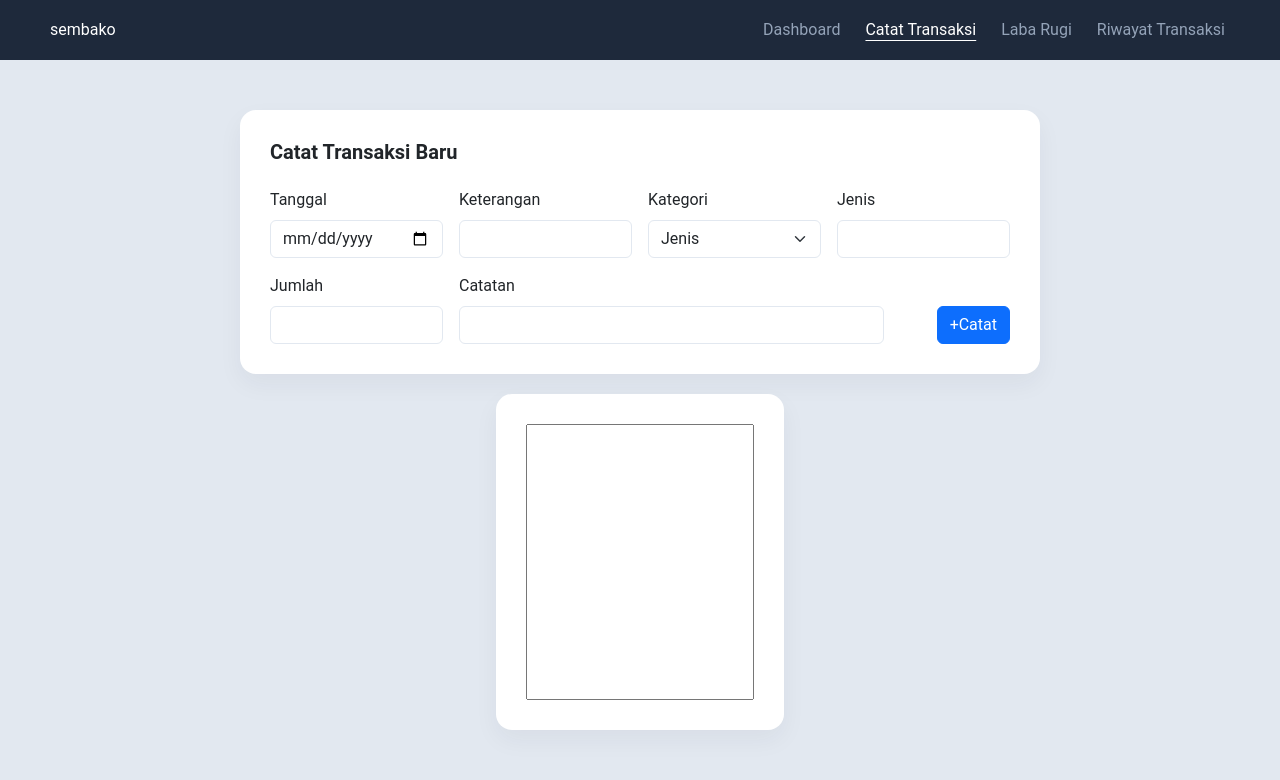
Repository: musdalifahzahra/Projek-Akhir-PWD-2026
Page: http://localhost/3-catat-transaksi.php
The author's editor kept a copy of each file at every save. The page is drawn from the files as they stood at one save, then again after the next save.
The browser window is 1280 px wide. The pictures show the whole page.
The page is run by PHP 8.4 with error messages shown; the project is at /var/www/html/.

Above is the page before, as saved 2026-04-10 17:46:10.

### 3-catat-transaksi.php
<!DOCTYPE html>
<html lang="en">

<head>
    <meta charset="UTF-8">
    <meta name="viewport" content="width=device-width, initial-scale=1.0">
    <title>Catat Transaksi</title>
    <link rel="stylesheet" href="https://cdn.jsdelivr.net/npm/bootstrap@5.3.8/dist/css/bootstrap.min.css">
    <link rel="stylesheet" href="template-css.css">
    <link rel="stylesheet" href="3-catat-transaksi-css.css">
</head>

<body>
    <nav>
        <div class="profile">
            <span>sembako</span>
        </div>
        <div class="nav_list">
            <ul>
                <li><a href="2-dashboard.php">Dashboard</a></li>
                <li><a href="3-catat-transaksi.php" class="nav-active">Catat Transaksi</a></li>
                <li><a href="4-laba-rugi.php">Laba Rugi</a></li>
                <li><a href="5-laporan.php">Riwayat Transaksi</a></li>
            </ul>
        </div>
    </nav>

    <div class="wrap">
        <!-- input transaksi -->
        <div class="input-transaksi template">
            <form class="row g-3">
                <h5>Catat Transaksi Baru</h5><br>
                <!-- tanggal -->
                <div class="col-md-3">
                    <label for="tanggal" class="form-label">Tanggal</label>
                    <input type="date" class="form-control" id="tanggal">
                </div>
                <!-- keterangan -->
                <div class="col-md-3">
                    <label for="keterangan" class="form-label">Keterangan</label>
                    <input type="text" class="form-control" id="keterangan">
                </div>
                <!-- kategori -->
                <div class="col-md-3">
                    <label for="inputZip" class="form-label">Kategori</label>
                    <select class="form-select" id="kategori" aria-label="Default select example">
                        <option selected>Jenis</option>
                        <option value="Pemasukan">Pemasukan</option>
                        <option value="Pengeluaran">Pengeluaran</option>
                    </select>
                </div>
                <!-- jenis -->
                <div class="col-md-3">
                    <label for="jenis" class="form-label">Jenis</label>
                    <input type="text" class="form-control" id="jenis">
                </div>
                <!-- jumlah-->
                <div class="col-md-3">
                    <label for="jumlah" class="form-label">Jumlah</label>
                    <input type="number" class="form-control" id="jumlah">
                </div>
                <!-- catatan -->
                <div class="col-md-7">
                    <label for="catatan" class="form-label">Catatan</label>
                    <input type="text" class="form-control" id="catatan">
                </div>
                <!-- submit +catat -->
                <div class="col-md-2 d-flex align-items-end justify-content-end">
                    <button type="submit" class="btn btn-primary" id="catat"> +Catat  </button>
                </div>
            </form>
        </div>

        <!-- transaksi terbaru -->
        <div class="transaksi-terbaru template">
            <input type="text">
        </div>
    </div>
</body>

</html>

### template-css.css
:root {
  --color-nav: #1e293b;
  --color-bag-web: #e2e8f0;
  --color-card: #ffffff;
  --color-belum-dipencet: #94a3b8;
  --color-kurson: #cbd5e1;
  --color-tulisan-utama: #334155;
  --color-pemasukan: #10b981;
  --color-pengeluaran: #ef4444;
  --color-border: #e2e8f0;
  --color-border-card: #cbd5e1;
}

body {
  font-family: "Roboto", sans-serif;
}

nav {
  background-color: var(--color-nav);
  height: 60px;
  display: flex;
  align-items: center;
  justify-content: space-between;
  padding: 0px 50px;
  z-index: 1;
}

nav span {
  color: var(--color-card);
}

nav ul {
  padding: 0px;
  margin: 0px;
  display: flex;
  gap: 20px;
}
nav li {
  margin-right: 5px;
  display: inline;
  font-style: none;
}

nav a {
  color: var(--color-belum-dipencet);
  text-decoration: none;
}

.nav-active {
  color: var(--color-card);
  text-decoration: underline;
  text-underline-offset: 5px;
}

nav a:hover {
  color: var(--color-kurson);
}
body {
  background-color: var(--color-bag-web);
}

### 3-catat-transaksi-css.css
.wrap {
  display: flex;
  flex-direction: column;
  z-index: 2;
  width: 100%;
  min-height: 100vh;
  background-color: var(--color-bag-web);
  padding: 50px 20px;
  gap: 20px;
  justify-content: center;
  align-items: center;
}

h5 {
  font-weight: bold;
}
.template {
  /* padding: 20px;
  background-color: var(--color-card);
  border-radius: 13px;
  max-width: 800px;
  border: 1.2px solid var(--color-border-card); */
  max-width: 800px;
    border: 1.2px solid var(--color-border-card);
background-color: var(--color-card);
  border: none; /* Hilangkan border hitam tipis */
  border-radius: 16px; /* Lebih tumpul lebih modern */
  box-shadow: 0 10px 25px rgba(30, 41, 59, 0.05); /* Bayangan biru navy tipis */
  padding: 30px !important; /* Beri ruang nafas lebih
}

.input-transaksi {
  display: flex;

  /* padding: 20px; */
}

.transaksi-terbaru {
  display: flex;
  flex: 1;
  /* padding: 20px; */
}
form .catat {
  margin: 0px;
  padding: 0px;
}

.form-control,
.form-select {
  border: 1px solid var(--color-border);
}

After the next save:
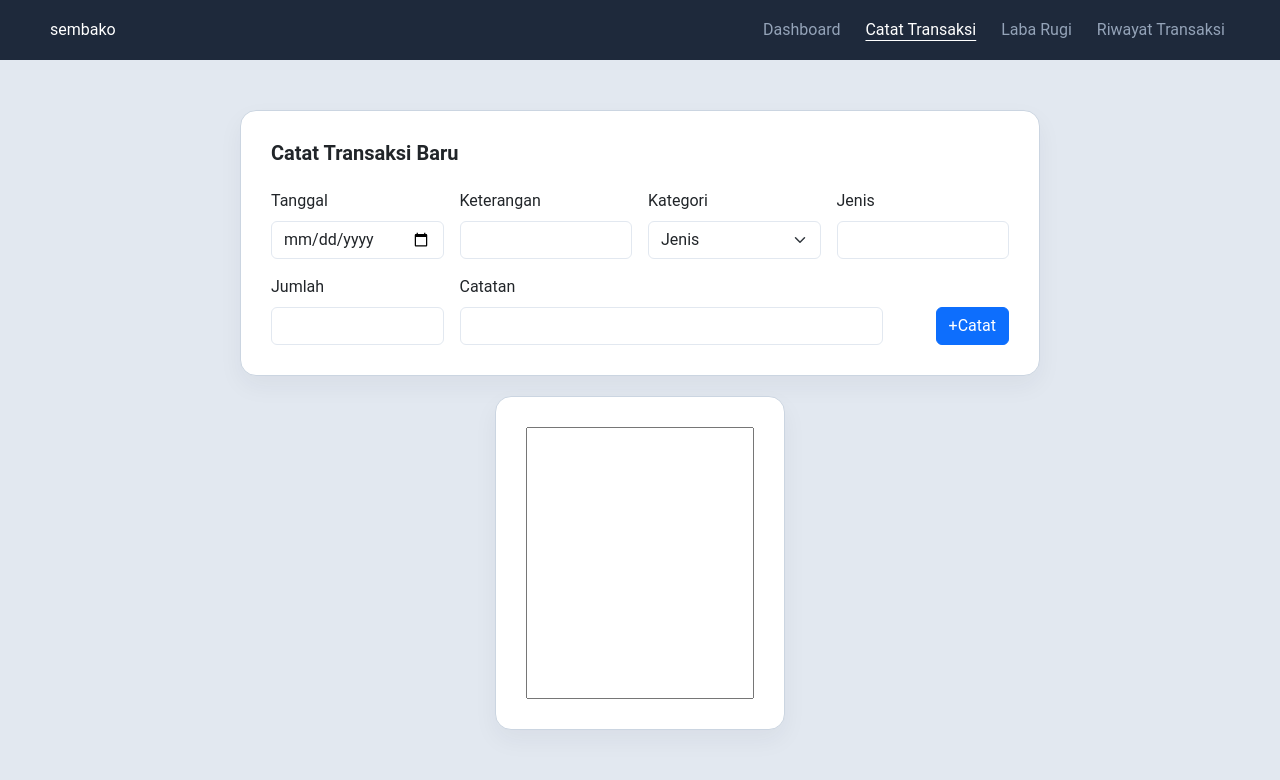
Saved 61 s later.
--- a/3-catat-transaksi-css.css
+++ b/3-catat-transaksi-css.css
@@ -23,7 +23,6 @@
   max-width: 800px;
     border: 1.2px solid var(--color-border-card);
 background-color: var(--color-card);
-  border: none; /* Hilangkan border hitam tipis */
   border-radius: 16px; /* Lebih tumpul lebih modern */
   box-shadow: 0 10px 25px rgba(30, 41, 59, 0.05); /* Bayangan biru navy tipis */
   padding: 30px !important; /* Beri ruang nafas lebih

After the save that followed:
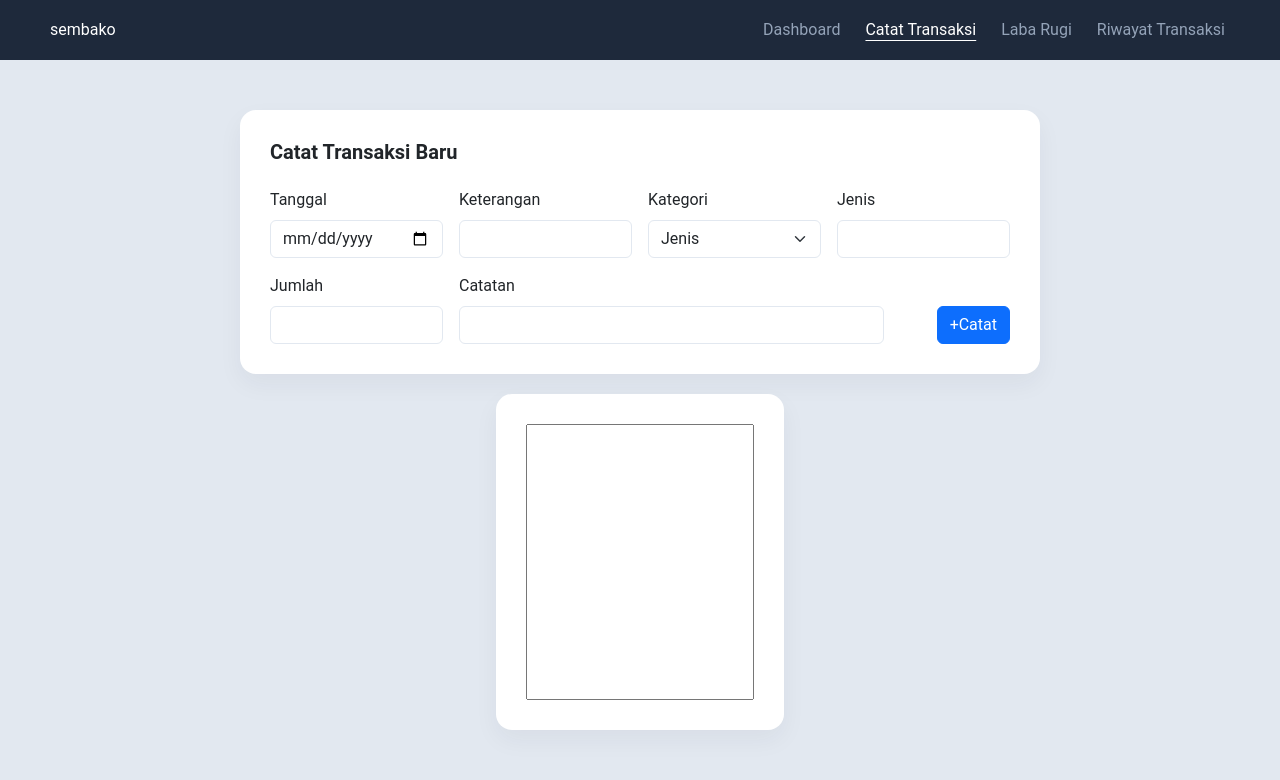
Saved 10 s later.
--- a/3-catat-transaksi-css.css
+++ b/3-catat-transaksi-css.css
@@ -23,6 +23,7 @@
   max-width: 800px;
     border: 1.2px solid var(--color-border-card);
 background-color: var(--color-card);
+  border: none; /* Hilangkan border hitam tipis */
   border-radius: 16px; /* Lebih tumpul lebih modern */
   box-shadow: 0 10px 25px rgba(30, 41, 59, 0.05); /* Bayangan biru navy tipis */
   padding: 30px !important; /* Beri ruang nafas lebih
